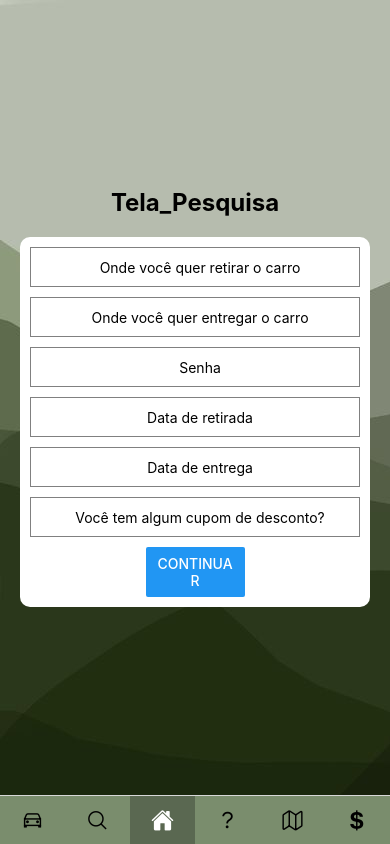
Repository: GabrielAron/EcoWheels
Page: /Home
An editor plug-in stored every save of this project. The page is shown before and after the next save, followed by the edit.
The browser window is 390 px wide. The pictures show the whole page.
The app was drawn by React Native's web renderer in a window 390 px wide. The project was rebuilt for these pictures with package versions that can differ from the ones it lists, and the page was loaded fresh each time. Also part of the build but not shown: src/Paginas/Carros/index.js, src/Paginas/Ajuda/index.js, src/Paginas/Mapa/index.js, src/Paginas/Pagamento/pagamento.js.

Above is the page before, as saved 2023-11-24 14:38:03.

After the next save:
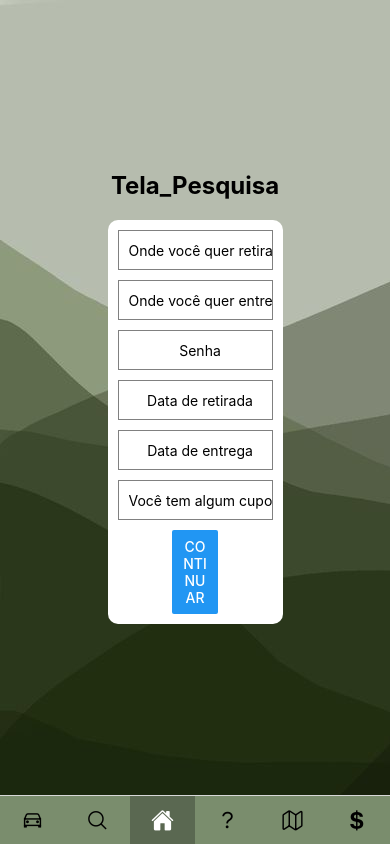
Saved 8 s later.
--- a/src/Paginas/Home/index.js
+++ b/src/Paginas/Home/index.js
@@ -52,7 +52,7 @@ const styles = StyleSheet.create({
     backgroundColor: 'white',
     borderRadius: 10,
     padding: 10,
-    width: '100%',
+    width: '50%',
     alignSelf: 'center',
   },
   buttonContainer: {
